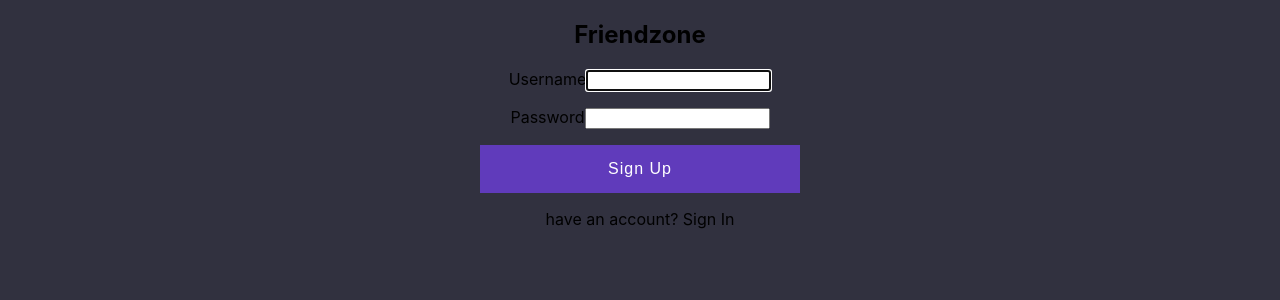
Repository: DerickT02/friend-zone
Page: /
These files come from the project's save history. The page is drawn as it stood at one moment and after the next save; the edit follows.
The browser window is 1280 px wide. The pictures show the whole page.
The project was rebuilt for these pictures with package versions that can differ from the ones it lists, and the page was loaded fresh each time. Also part of the build but not shown: src/Appreducer.js, src/GlobalState.js, src/Post.js, src/Homepage.js, src/fire.js.

Above is the page before, as saved 2021-07-07 07:39:18.

### src/index.js
import React from 'react';
import ReactDOM from 'react-dom';
import './index.css';
import App from './App';


ReactDOM.render(

    <App />,
  document.getElementById('root')
);

// If you want to start measuring performance in your app, pass a function
// to log results (for example: reportWebVitals(console.log))
// or send to an analytics endpoint. Learn more: https://bit.ly/CRA-vitals

### src/index.css
body {
  margin: 0;
  font-family: -apple-system, BlinkMacSystemFont, 'Segoe UI', 'Roboto', 'Oxygen',
    'Ubuntu', 'Cantarell', 'Fira Sans', 'Droid Sans', 'Helvetica Neue',
    sans-serif;
  -webkit-font-smoothing: antialiased;
  -moz-osx-font-smoothing: grayscale;
  background-color: rgb(49, 49, 63);

}

code {
  font-family: source-code-pro, Menlo, Monaco, Consolas, 'Courier New',
    monospace;
}

### src/App.js
import React, { Component, useState, useEffect } from 'react'
import { BrowserRouter, Switch, Link, Route, Redirect, Router} from 'react-router-dom'
import Login from './Login'
import Homepage from './Homepage'
import './App.css'

import fire from './fire'
import GlobalProvider from './GlobalState'

function App() {
  const [user, setUser] = useState('')
  const [email, setEmail] = useState('')
  const [password, setPassword] = useState('')
  const [emailError, setEmailError] = useState('')
  const [passwordError, setPasswordError] = useState('')
  const [hasAccount, setHasAccount] = useState(false)

const clearInputs = () => {
  setEmail('')
  setPassword('')
}

const clearErrors = () => {
  setEmailError('');
  setPasswordError('')
}

const handleLogin = () => {
  clearErrors()
  fire
  .auth()
  .signInWithEmailAndPassword(email, password)
  .catch(err => {
      switch(err.code){
          case 'auth/invalid-email':
          case 'auth/user-disabled':
          case 'auth/user-not-found':
              setEmailError(err.message)
              break;
          case 'auth/wrong-password':
              setPasswordError(err.message)
              break
      }
  })
}

const handleSignup = () => {
  clearErrors()
  fire
  .auth()
  .createUserWithEmailAndPassword(email, password)
  .catch(err => {
      switch(err.code){
          case 'auth/email-already-in-use':
          case 'auth/invalid-email':
          setEmailError(err.message);
          break;

          case 'auth/weak-password':
          setPasswordError(err.message)
      }
  })
}

const handleLogout = () => {
  fire
  .auth()
  .signOut()
}

const authListener = () => {
  fire.auth().onAuthStateChanged((user) => {
    if(user){
      clearInputs()
      setUser(user)
    }
    else {
        setUser('')
    }
  })
}

useEffect(() => {
  authListener()
}, [])

  return (
    <div className="App">
    {user ? (
      <BrowserRouter>
      <GlobalProvider>
      <Switch>
        <Route exact path = '/'><Redirect to = "/homepage"/></Route>
        <Route exact path = '/homepage'><Homepage handleLogout = {handleLogout}/></Route>
      </Switch>
      </GlobalProvider>
     </BrowserRouter>
    ) : (

      <BrowserRouter>
      <Switch>
      <Route exact path = '/homepage'><Redirect to = "/" /></Route>
        <Route><Login email = {email}
            setEmail = {setEmail}
            password = {password}
            setPassword={setPassword}
            handleLogin={handleLogin}
            handleSignup={handleSignup}
            hasAccount={hasAccount}
            setHasAccount={setHasAccount}
            emailError={emailError}
            passwordError={passwordError} /></Route>
      </Switch>
      </BrowserRouter>
    )}

    </div>
  );
}

export default App;

### src/Login.js
import React, { Component, useState, useEffect } from 'react'
import './Login.css'
import {Link} from 'react-router-dom'

const Login = (props) => {
    const {email, setEmail, password, setPassword, handleLogin, handleSignup, hasAccount, setHasAccount, emailError, passwordError} = props
    return (
        <section className = "login">
        <div className="loginContainer" >

<h1>Friendzone</h1>

<label>Username</label>
<input type ="text" autoFocus required value = {email} onChange={(e) => setEmail(e.target.value)}/>
<p className ="errorMsg">{emailError}</p>
<label>Password</label>
<input type ="password" required value = {password} onChange={(e) => setPassword(e.target.value)} />
<p className = "errorMsg">{passwordError}</p>
<div className="btnContainer">

    {hasAccount ? (
        <div>
       <button type = "submit" onClick = {handleLogin}>Sign in</button>
        <p>Don't have an account? <span onClick ={() => setHasAccount(!hasAccount)}>Sign Up</span></p>
        </div>
    ):(
        <div>
        <button type = "submit" onClick={handleSignup}>Sign Up</button>
        <p>have an account? <span onClick = {() => setHasAccount(!hasAccount)}>Sign In</span></p>
        </div>
    )}

</div>
</div>
</section>





    )
}


export default Login

### src/Login.css
* {
  box-sizing: border-box;
}

.btnContainer button {
  border: none;
  border-radius: 20;
  outline: none;
  width: 25%;
  padding: 15px 0;
  color: #fff;
  font-size: 16px;
  letter-spacing: 1px;
  background: #603bbb;
  cursor: pointer;
}

Loaded but not shown: public/index.html (common file); src/App.css (common file)

After the next save:
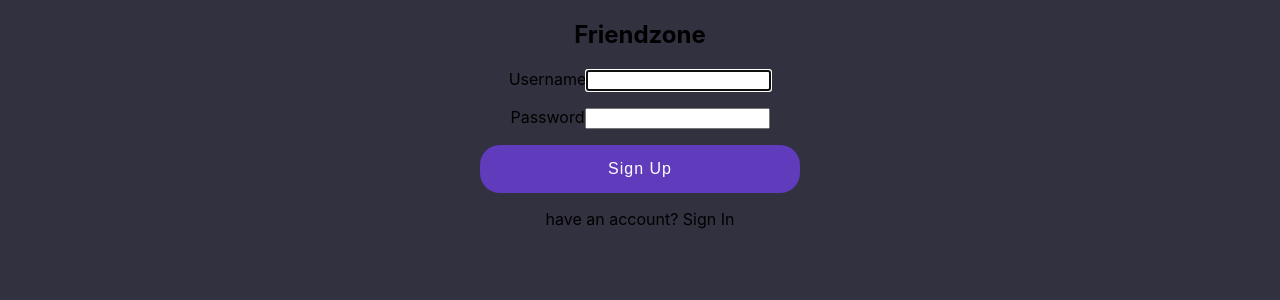
Saved 5 s later.
--- a/src/Login.css
+++ b/src/Login.css
@@ -4,7 +4,7 @@
 
 .btnContainer button {
   border: none;
-  border-radius: 20;
+  border-radius: 20px;
   outline: none;
   width: 25%;
   padding: 15px 0;
